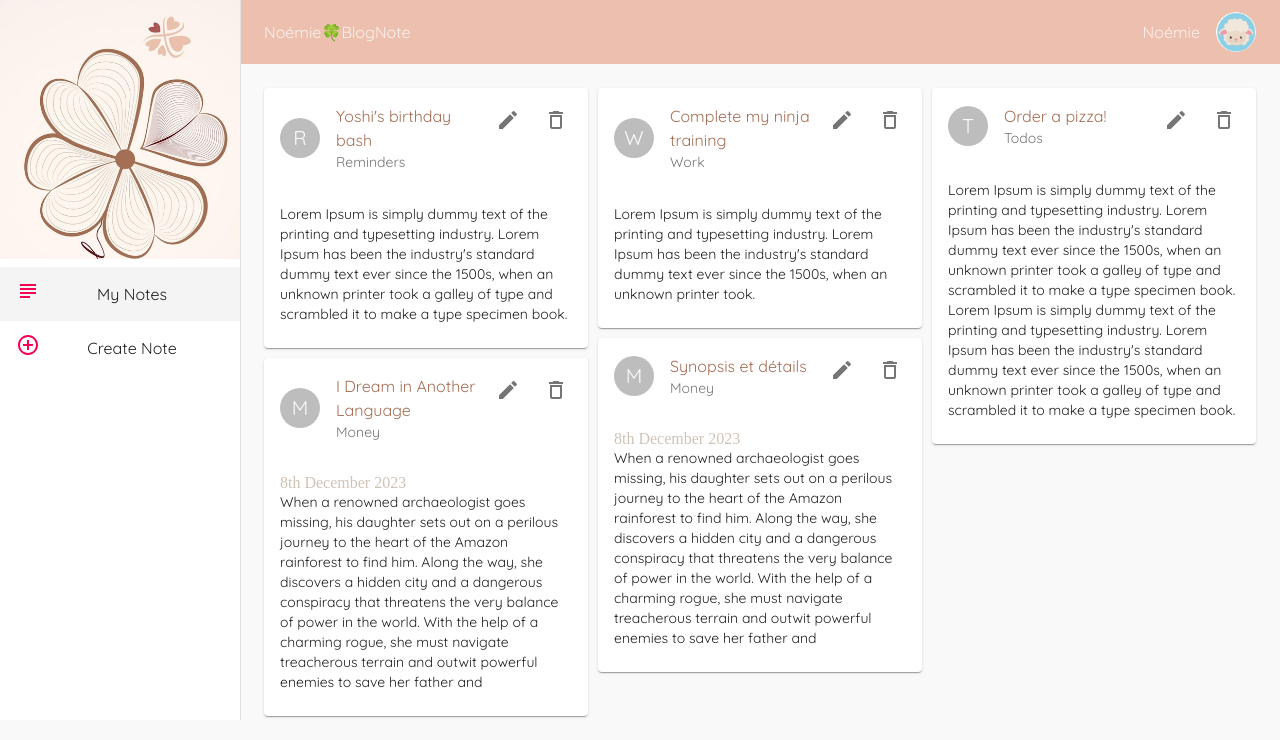
Repository: noemiepham/noemieblognote
Page: /
An editor plug-in stored every save of this project. The page is shown before and after the next save, followed by the edit.
The browser window is 1280 px wide. The pictures show the whole page.
The project was rebuilt for these pictures with package versions that can differ from the ones it lists, and the page was loaded fresh each time. Requests to the local data server were answered from the project's data file. Also part of the build but not shown: src/pages/Create.js.

Above is the page before, as saved 2023-12-08 16:50:28.

### public/index.html
<!DOCTYPE html>
<html lang="en">

<head>
  <meta charset="utf-8" />
  <meta name="viewport" content="width=device-width, initial-scale=1" />
  <meta name="theme-color" content="#000000" />
  <meta name="description" content="Web site created using create-react-app" />

  <link rel="stylesheet" href="https://fonts.googleapis.com/css?family=Roboto:300,400,500,700&display=swap" />
  <title>Material UI</title>
</head>

<body>
  <noscript>You need to enable JavaScript to run this app.</noscript>
  <div id="root"></div>
  <!--
      This HTML file is a template.
      If you open it directly in the browser, you will see an empty page.

      You can add webfonts, meta tags, or analytics to this file.
      The build step will place the bundled scripts into the <body> tag.

      To begin the development, run `npm start` or `yarn start`.
      To create a production bundle, use `npm run build` or `yarn build`.
    -->
</body>

</html>

### src/index.css
@import url('https://fonts.googleapis.com/css2?family=Open+Sans:ital,wght@0,400;1,300&family=Quicksand&display=swap');


body {
     margin: 0;
     -webkit-font-smoothing: antialiased;
     -moz-osx-font-smoothing: grayscale;
     background: #f9f9f9;
}

.my-masonry-grid {
     display: -webkit-box;
     /* Not needed if autoprefixing */
     display: -ms-flexbox;
     /* Not needed if autoprefixing */
     display: flex;
     margin-left: -20px;
     /* gutter size offset */
     width: auto;
}

.my-masonry-grid_column {
     padding-left: 20px;
     /* gutter size */
     background-clip: padding-box;

}

.my-masonry-grid_column>div {
     /* change div to reference your elements you put in <Masonry> */
     margin-bottom: 30px;
}

img {
     width: 100%;
     height: 100%;
     object-fit: cover;
}

header.MuiPaper-root.MuiAppBar-root.MuiAppBar-positionFixed.MuiAppBar-colorPrimary.makeStyles-appbar-7.mui-fixed.MuiPaper-elevation0 {
     background-color: #ecbfae;
}

### src/App.js
import React from "react";
import { BrowserRouter, Routes, Route } from "react-router-dom";
import Notes from "./pages/Notes";
import Create from "./pages/Create";
import { createTheme, ThemeProvider } from "@material-ui/core";
import Layout from "./pages/Layout";
const theme = createTheme({
  palette: {
    primary: {
      light: "#d9c8ba ",
      main: "#d1c2b6",
      dark: "#9d6854 ",
      contrastText: "#fbf2ed",
    },
  },
  typography: {
    fontFamily: "Quicksand",
    fontWeightLight: 400,
    lineHeight: 30,
  },
});

function App() {
  return (
    <ThemeProvider theme={theme}>
      <BrowserRouter>
        <Routes>
          <Route path="/" element={<Layout />}>
            <Route path="" element={<Notes />} />
            <Route path="create" element={<Create />} />
            <Route path="edit/:id" element={<Create />} />
          </Route>
        </Routes>
      </BrowserRouter>
    </ThemeProvider>
  );
}

export default App;

### src/pages/Notes.js
import { useEffect, useState } from "react";
import NoteCard from "../components/NoteCard";
import Masonry, { ResponsiveMasonry } from "react-responsive-masonry";
import { useNavigate } from "react-router-dom";

const Notes = () => {
  const [notes, setNotes] = useState([]);
  const navigate = useNavigate();

  useEffect(() => {
    fetch("http://localhost:8000/notes")
      .then((res) => res.json())
      .then((data) => setNotes(data));
  }, []);

  const handleDelete = async (id) => {
    await fetch("http://localhost:8000/notes/" + id, {
      method: "DELETE",
    });

    const newNotes = notes.filter((note) => note.id !== id);

    setNotes(newNotes);
  };
  const handleEdit = (note) => {
    navigate("/edit/" + note);
  };
  return (
    <ResponsiveMasonry columnsCountBreakPoints={{ 350: 1, 750: 2, 900: 3 }}>
      <Masonry columnsCount={3} gutter="10px">
        {notes.map((note) =>
          note ? (
            <NoteCard
              note={note}
              handleDelete={handleDelete}
              handleEdit={handleEdit}
              spacing={3}
            />
          ) : (
            ""
          )
        )}
      </Masonry>
    </ResponsiveMasonry>
  );
};

export default Notes;

### src/pages/Layout.js
import { Outlet, useLocation, useNavigate } from "react-router-dom";
import { Avatar, Drawer, Typography, makeStyles } from "@material-ui/core";
import List from "@material-ui/core/List";
import ListItem from "@material-ui/core/ListItem";
import ListItemText from "@material-ui/core/ListItemText";
import { AddCircleOutline, SubjectOutlined } from "@material-ui/icons";
import { AppBar, Toolbar } from "@material-ui/core";

const drawerWidth = 240;
const useStyles = makeStyles((theme) => {
  return {
    page: {
      background: "#f9f9f9",
      width: "100%",
      padding: theme.spacing(3),
    },
    drawer: {
      width: drawerWidth,
    },
    drawerPaper: {
      width: drawerWidth,
    },
    root: {
      display: "flex",
    },
    active: {
      background: "#f4f4f4",
    },
    title: {
      padding: theme.spacing(3),
    },
    appbar: {
      width: `calc(100% - ${drawerWidth}px)`,
    },
    toolbar: theme.mixins.toolbar,
    date: {
      flexGrow: 1,
    },
    avatar: {
      marginLeft: theme.spacing(2),
    },
  };
});

function Layout() {
  const navigate = useNavigate();
  const location = useLocation();
  const classes = useStyles();
  const menuItems = [
    {
      text: "My Notes",
      icon: <SubjectOutlined color="secondary" />,
      path: "/",
    },
    {
      text: "Create Note",
      icon: <AddCircleOutline color="secondary" />,
      path: "/create",
    },
  ];

  return (
    <div className={classes.root}>
      {/*  App bar */}
      <AppBar className={classes.appbar} elevation={0}>
        <Toolbar>
          <Typography className={classes.date}>Noémie🍀BlogNote</Typography>
          <Typography>Noémie</Typography>
          <Avatar src="sheep.png" className={classes.avatar} />
        </Toolbar>
      </AppBar>
      {/* side drawer */}
      <Drawer
        className={classes.drawer}
        variant="permanent"
        anchor="left"
        classes={{ paper: classes.drawerPaper }}
      >
        <div>
          <img alt="Remy Sharp" src="logoBlog.jpg" />
        </div>
        <List>
          {menuItems.map((item) => (
            <ListItem
              key={item.text}
              button
              onClick={() => navigate(item.path)}
              className={
                location.pathname === item.path ? classes.active : null
              }
            >
              <ListItemText>{item.icon}</ListItemText>
              <ListItemText primary={item.text} />
            </ListItem>
          ))}
        </List>
      </Drawer>
      <div className={classes.page}>
        <div className={classes.toolbar}></div>
        <Outlet />
      </div>
    </div>
  );
}

export default Layout;

### src/components/NoteCard.js
import {
  Avatar,
  Card,
  CardContent,
  CardHeader,
  Typography,
  makeStyles,
} from "@material-ui/core";
import { IconButton } from "@material-ui/core";
import { yellow, green, pink, blue } from "@material-ui/core/colors";
import { DeleteOutline } from "@material-ui/icons";
import EditIcon from "@material-ui/icons/Edit";

const useStyles = makeStyles({
  title: {
    fontSize: 16,
    fontWeight: 500,
    color: "#a56f56 ",
  },
  detail: {
    lineHeight: 30,
  },
  avatar: {
    backgroundColor: (note) => {
      console.log(note.category);
      if (note.category === "Work") {
        return yellow[700];
      }
      if (note.category === "Money") {
        return green[500];
      }
      if (note.category === "Todos") {
        return pink[500];
      } else {
        return blue[500];
      }
    },
  },
  poster: {
    margin: 20,
    color: "#a17056",
  },
});

function NoteCard({ note, handleDelete, handleEdit }) {
  const classes = useStyles(note);
  //console.log("sfsqdfdsf", note);
  return (
    <div>
      <Card elevation={1} className={classes.test}>
        <CardHeader
          avatar={
            <Avatar className={classes.avatar}>
              {note.category[0]?.toUpperCase()}
            </Avatar>
          }
          action={
            <div>
              <IconButton onClick={() => handleEdit(note?.id)}>
                <EditIcon />
              </IconButton>
              <IconButton onClick={() => handleDelete(note?.id)}>
                <DeleteOutline />
              </IconButton>
            </div>
          }
          title={
            <Typography className={classes.title}>{note?.title}</Typography>
          }
          subheader={note?.category}
        />
        <CardContent>
          <Typography variant="poster" color="primary">
            {note?.currentDate}
          </Typography>
          <Typography variant="body2">{note?.details}</Typography>
        </CardContent>
      </Card>
    </div>
  );
}

export default NoteCard;

### db.json
{
  "notes": [{
      "title": "Yoshi's birthday bash",
      "details": "Lorem Ipsum is simply dummy text of the printing and typesetting industry. Lorem Ipsum has been the industry's standard dummy text ever since the 1500s, when an unknown printer took a galley of type and scrambled it to make a type specimen book.",
      "category": "Reminders",
      "id": 1
    },
    {
      "title": "Complete my ninja training",
      "details": "Lorem Ipsum is simply dummy text of the printing and typesetting industry. Lorem Ipsum has been the industry's standard dummy text ever since the 1500s, when an unknown printer took.",
      "category": "Work",
      "id": 2
    },
    {
      "title": "Order a pizza!",
      "details": "Lorem Ipsum is simply dummy text of the printing and typesetting industry. Lorem Ipsum has been the industry's standard dummy text ever since the 1500s, when an unknown printer took a galley of type and scrambled it to make a type specimen book.\nLorem Ipsum is simply dummy text of the printing and typesetting industry. Lorem Ipsum has been the industry's standard dummy text ever since the 1500s, when an unknown printer took a galley of type and scrambled it to make a type specimen book.",
      "category": "Todos",
      "id": 3
    },
    {
      "title": "Synopsis et détails",
      "details": "When a renowned archaeologist goes missing, his daughter sets out on a perilous journey to the heart of the Amazon rainforest to find him. Along the way, she discovers a hidden city and a dangerous conspiracy that threatens the very balance of power in the world. With the help of a charming rogue, she must navigate treacherous terrain and outwit powerful enemies to save her father and",
      "category": "Money",
      "currentDate": "8th December 2023",
      "id": 12
    },
    {
      "title": "I Dream in Another Language",
      "details": "When a renowned archaeologist goes missing, his daughter sets out on a perilous journey to the heart of the Amazon rainforest to find him. Along the way, she discovers a hidden city and a dangerous conspiracy that threatens the very balance of power in the world. With the help of a charming rogue, she must navigate treacherous terrain and outwit powerful enemies to save her father and",
      "category": "Money",
      "currentDate": "8th December 2023",
      "id": 13
    }
  ]
}

Loaded but not shown: src/index.js (common file)

After the next save:
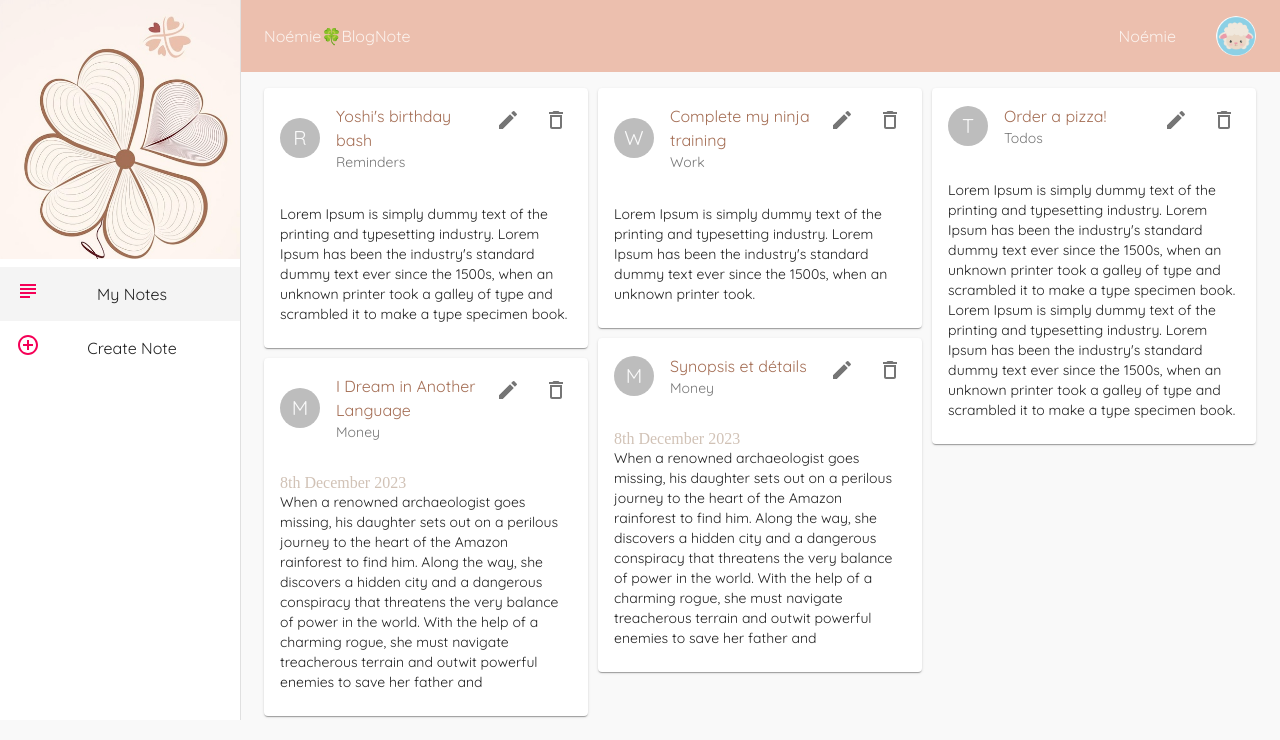
Saved 37 s later.
--- a/src/pages/Layout.js
+++ b/src/pages/Layout.js
@@ -65,7 +65,7 @@ function Layout() {
       <AppBar className={classes.appbar} elevation={0}>
         <Toolbar>
           <Typography className={classes.date}>Noémie🍀BlogNote</Typography>
-          <Typography>Noémie</Typography>
+          <Typography className={classes.title}>Noémie</Typography>
           <Avatar src="sheep.png" className={classes.avatar} />
         </Toolbar>
       </AppBar>
